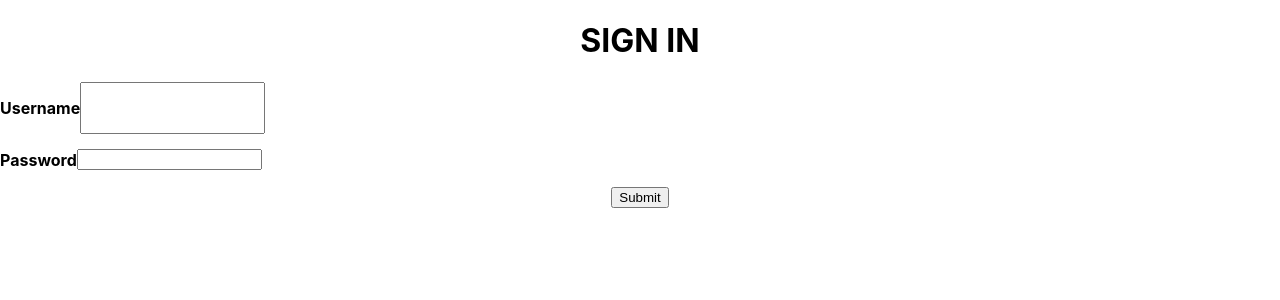
Repository: PreetiToppo/networking
Page: /
An editor plug-in stored every save of this project. The page is shown before and after the next save, followed by the edit.
The browser window is 1280 px wide. The pictures show the whole page.
The project was rebuilt for these pictures with package versions that can differ from the ones it lists, and the page was loaded fresh each time.

Above is the page before, as saved 2023-01-21 19:41:03.

After the next save:
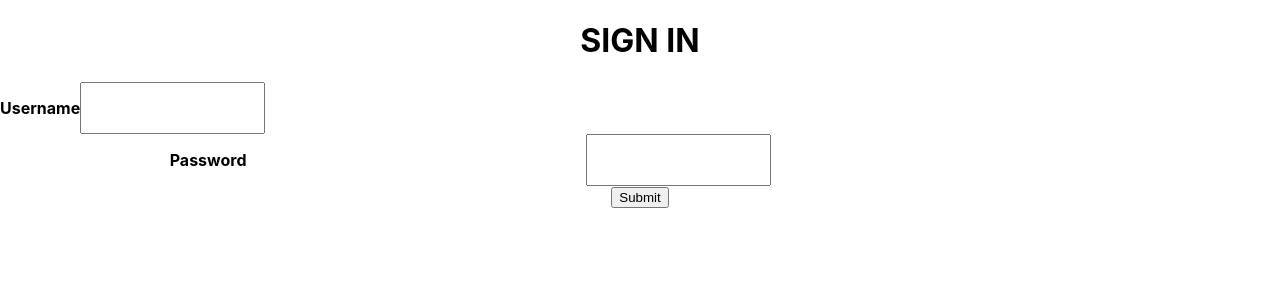
Saved 29 s later.
--- a/src/App.css
+++ b/src/App.css
@@ -8,7 +8,7 @@
 
 .pass {
   display: flex;
-  align-items: center;
+  justify-content: space-around;
 }
 
 p{
